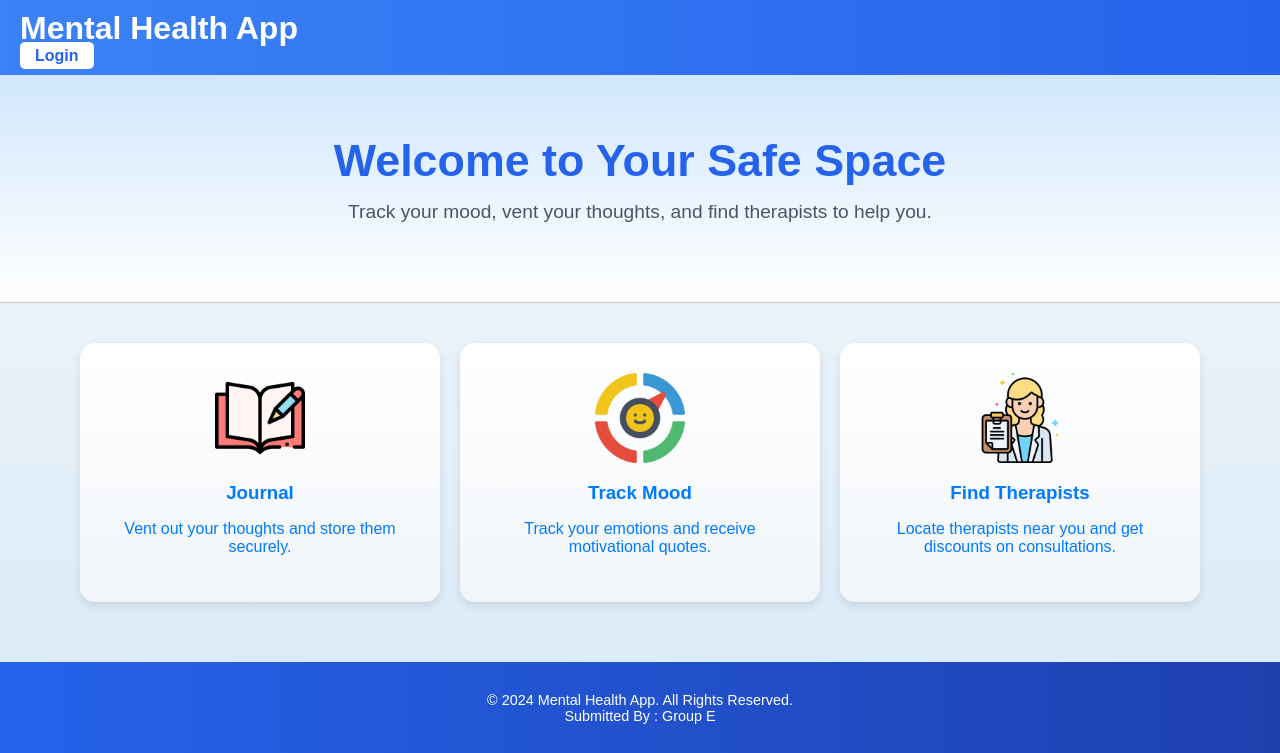
Repository: Gopa-613/mental-health-app
Page: http://localhost/index
The author's editor kept a copy of each file at every save. The page is drawn from the files as they stood at one save, then again after the next save.
The browser window is 1280 px wide. The pictures show the whole page.
The page is this project's Thymeleaf template; nobody is signed in. The template is opened directly, without the code that normally fills it, so the values that code supplies are empty.

Above is the page before, as saved 2024-12-04 06:54:33.

### demo/src/main/resources/templates/index.html
<!DOCTYPE html>
<html xmlns:th="http://www.thymeleaf.org">
<head>
    <title>Mental Health App</title>
    <link rel="stylesheet" href="/css/style.css">
</head>
<body>
    <header>
        <div class="container">
            <h1>Mental Health App</h1>
            <a href="/login" class="login-button">Login</a>
        </div>
    </header>

    <main>
        <section class="welcome-section">
            <h2>Welcome to Your Safe Space</h2>
            <p>Track your mood, vent your thoughts, and find therapists to help you.</p>
        </section>

        <section class="features-section">
            <div class="feature">
                <a href="/journal">
                    <img src="/images/journal.png" alt="Journal">
                    <h3>Journal</h3>
                    <p>Vent out your thoughts and store them securely.</p>
                </a>
            </div>
            <div class="feature">
                <a href="/mood">
                    <img src="/images/mood.png" alt="Track Mood">
                    <h3>Track Mood</h3>
                    <p>Track your emotions and receive motivational quotes.</p>
                </a>
            </div>
            <div class="feature">
                <a href="/therapists">
                    <img src="/images/therapist.png" alt="Find Therapists">
                    <h3>Find Therapists</h3>
                    <p>Locate therapists near you and get discounts on consultations.</p>
                </a>
            </div>
        </section>
    </main>

    <footer>
        <p>© 2024 Mental Health App. All Rights Reserved.
			<br>
			Submitted By : Group E
		</p>
    </footer>
</body>
</html>

### demo/src/main/resources/static/css/style.css
/* General Styles */
body {
    font-family: Arial, sans-serif;
    margin: 0;
    padding: 0;
    background: linear-gradient(180deg, #f8f9fa, #d7e9f7);
    color: #333;
}

a {
    text-decoration: none;
    color: #007bff;
}

a:hover {
    color: #0056b3;
}

h1, h2, h3 {
    margin: 0;
}

/* Header Styles */
header {
    background: linear-gradient(90deg, #3b82f6, #2563eb);
    color: white;
    padding: 10px 20px;
    display: flex;
    justify-content: space-between;
    align-items: center;
    box-shadow: 0 2px 5px rgba(0, 0, 0, 0.1);
}

header .login-button {
    background: white;
    color: #2563eb;
    padding: 5px 15px;
    border-radius: 5px;
    font-weight: bold;
    transition: background 0.3s, color 0.3s;
}
/*
header .login-button:hover {
    background: #2563eb;
    color: white;
}
*/
/* Welcome Section */
.welcome-section {
    text-align: center;
    padding: 60px 20px;
    background: linear-gradient(180deg, #d1e7fd, #ffffff);
    border-bottom: 1px solid #ccc;
}

.welcome-section h2 {
    font-size: 2.8em;
    margin-bottom: 15px;
    color: #2563eb;
}

.welcome-section p {
    font-size: 1.2em;
    margin-top: 0;
    color: #4b5563;
}

/* Features Section */
.features-section {
    display: flex;
    justify-content: center;
    flex-wrap: wrap;
    padding: 40px 10px;
    gap: 20px;
}

.feature {
    text-align: center;
    background: linear-gradient(180deg, #ffffff, #f1f5f9);
    border-radius: 15px;
    padding: 30px;
    width: 300px;
    box-shadow: 0 4px 8px rgba(0, 0, 0, 0.1);
    transition: transform 0.3s, box-shadow 0.3s;
}

.feature:hover {
    transform: scale(1.05);
    box-shadow: 0 6px 15px rgba(0, 0, 0, 0.2);
}

.feature img {
    max-width: 90px;
    margin-bottom: 15px;
}

/* Footer Styles */
footer {
    text-align: center;
    padding: 15px;
    background: linear-gradient(90deg, #2563eb, #1e40af);
    color: white;
    font-size: 0.9em;
    margin-top: 20px;
}

/* Responsive Styles */
@media (max-width: 768px) {
    .features-section {
        flex-direction: column;
        align-items: center;
    }

    .feature {
        width: 90%;
    }
}

After the next save:
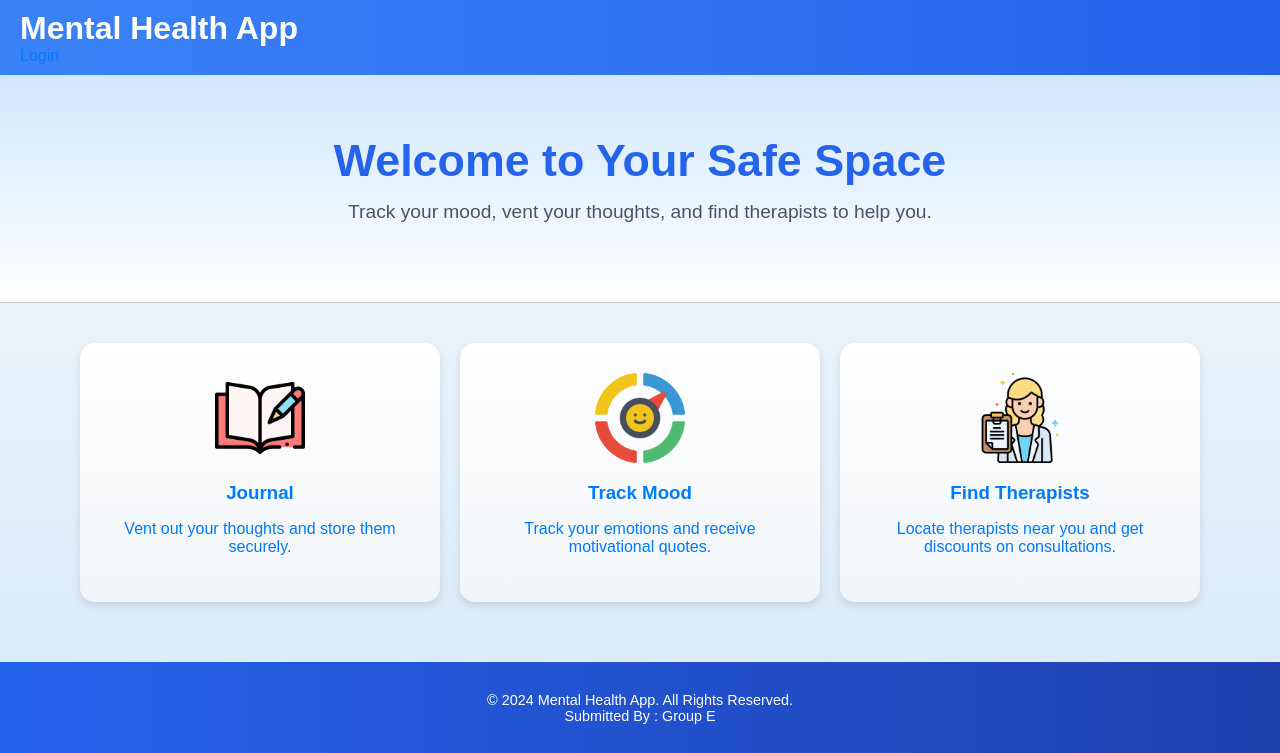
Saved 11 s later.
--- a/demo/src/main/resources/static/css/style.css
+++ b/demo/src/main/resources/static/css/style.css
@@ -30,7 +30,7 @@ header {
     align-items: center;
     box-shadow: 0 2px 5px rgba(0, 0, 0, 0.1);
 }
-
+/*
 header .login-button {
     background: white;
     color: #2563eb;
@@ -38,7 +38,7 @@ header .login-button {
     border-radius: 5px;
     font-weight: bold;
     transition: background 0.3s, color 0.3s;
-}
+}*/
 /*
 header .login-button:hover {
     background: #2563eb;
